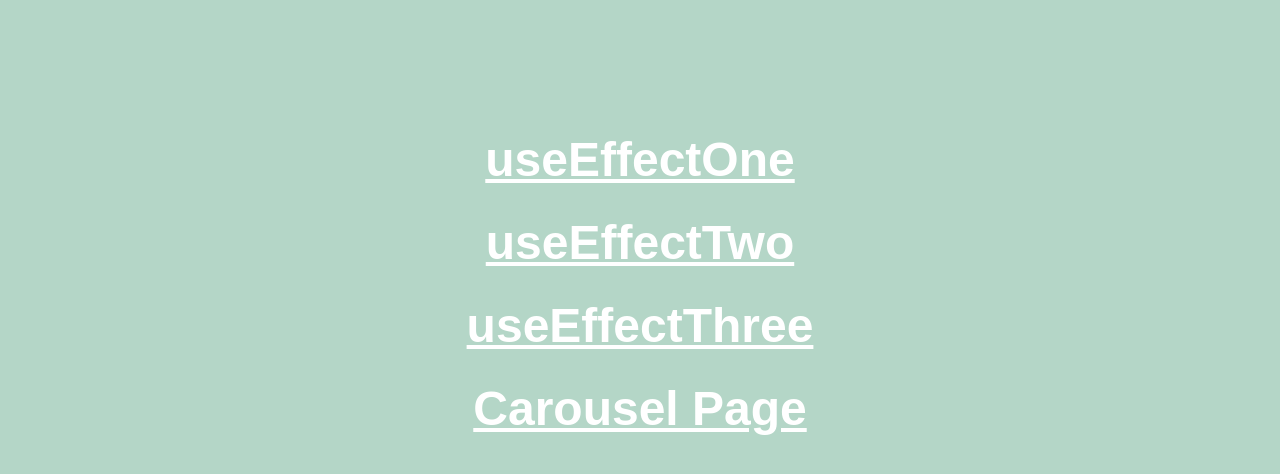
Repository: jennydmcm/useeffect-carousel
Page: /
The author's editor kept a copy of each file at every save. The page is drawn from the files as they stood at one save, then again after the next save.
The browser window is 1280 px wide. The pictures show the whole page.
The project was rebuilt for these pictures with package versions that can differ from the ones it lists, and the page was loaded fresh each time. The framework's server and built-in components were replaced by stand-ins that run in the browser. Also part of the build but not shown: next.config.js.

Above is the page before, as saved 2023-02-23 18:42:16.

### pages/index.js
import Head from 'next/head'
import styles from '@/styles/Home.module.css'
import Link from 'next/link'

export default function Home() {
  return (
    <>
      <Head>
        <title>Create Next App</title>
        <meta name="description" content="Generated by create next app" />
        <meta name="viewport" content="width=device-width, initial-scale=1" />
        <link rel="icon" href="/favicon.ico" />
      </Head>
      <main className={styles.main}>
        <Link className={styles.link} href="/useEffectOne">useEffectOne</Link>
        <Link className={styles.link} href="/useEffectTwo">useEffectTwo</Link>
        <Link className={styles.link} href="/useEffectThree">useEffectThree</Link>
        <Link className={styles.link} href="/carouselPage">Carousel Page</Link>
      </main>
    </>
  )
}

### styles/globals.css
:root {
    --background-color: #B4D6C7;
}

body {
    background-color: var(--background-color);
}

### styles/Home.module.css
.main {
  display: flex;
  flex-direction: column;
  justify-content: space-evenly;
  align-items: center;
  padding: 6rem;
  min-height: 50vh;
}

.link {
  font-family: Arial, Helvetica, sans-serif;
  font-size: 3rem;
  font-weight: bolder;
  color: white;

}

Loaded but not shown: pages/_app.js (common file); pages/_document.js (common file)

After the next save:
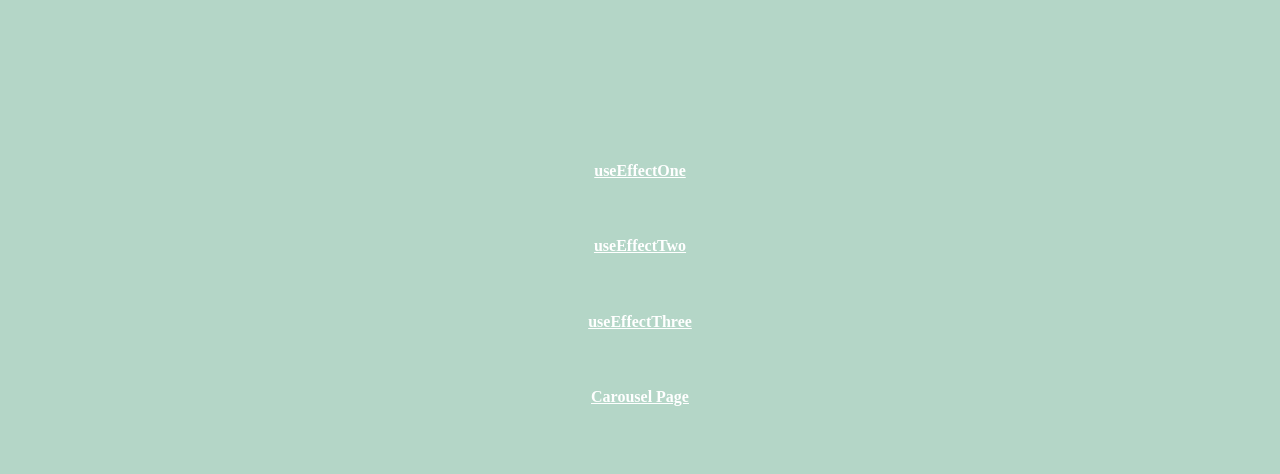
Saved 20 s later.
--- a/styles/Home.module.css
+++ b/styles/Home.module.css
@@ -8,9 +8,7 @@
 }
 
 .link {
-  font-family: Arial, Helvetica, sans-serif;
-  font-size: 3rem;
+  font-family: Impact, Haettenschweiler, 'Arial Narrow Bold', sans-serif font-size: 3rem;
   font-weight: bolder;
   color: white;
-
 }
